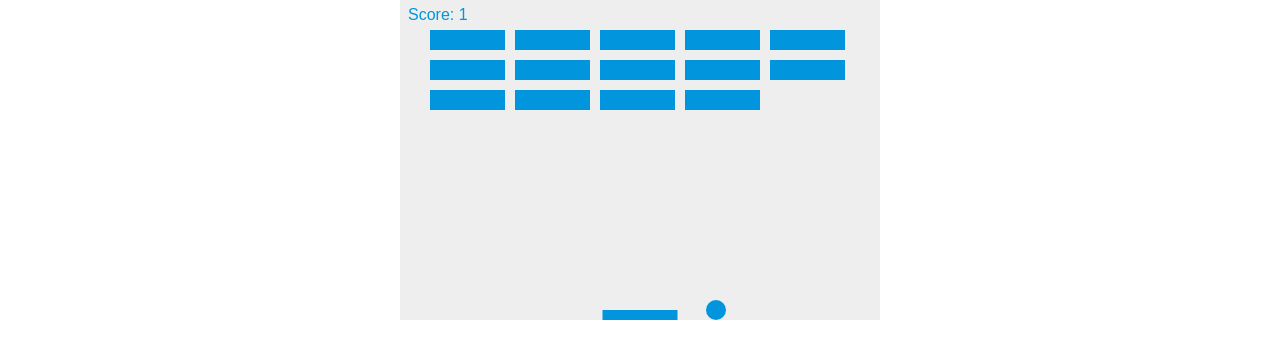
Repository: MartialBlot/CasseBrique-Full-JS
Page: index.html
The author's editor kept a copy of each file at every save. The page is drawn from the files as they stood at one save, then again after the next save.
The browser window is 1280 px wide. The pictures show the whole page.

Above is the page before, as saved 2019-03-26 17:45:37.

### index.html
    <!DOCTYPE html>
    <html lang="en">
    <head>
        <meta charset="utf-8" />
        <title>BREAKOUT</title>
        <style>
            * { padding: 0; margin: 0; }
            canvas { background: #eee; display: block; margin: 0 auto; }
        </style>
    </head>
    <body>

        <canvas id="myCanvas" width="480" height="320"></canvas>

        <script>
            let canvas = document.getElementById("myCanvas");
            let ctx = canvas.getContext("2d");
            let ballRadius = 10;
            let x = canvas.width/2;
            let y = canvas.height-30;
            let dx = 2;
            let dy = -2;
            let paddleHeight = 10;
            let paddleWidth = 75;
            let paddleX = (canvas.width-paddleWidth)/2;
            let rightPressed = false;
            let leftPressed = false;

            let brickRowCount = 3;
            let brickColumnCount = 5;
            let brickWidth = 75;
            let brickHeight = 20;
            let brickPadding = 10;
            let brickOffsetTop = 30;
            let brickOffsetLeft = 30;

            let score = 0;

            let lives = 3;

            let bricks = [];
            for(let c=0; c<brickColumnCount; c++) {
                bricks[c] = [];
                for(let r=0; r<brickRowCount; r++) {
                    bricks[c][r] = { x: 0, y: 0, status: 1 };
                }
            }

            function drawBricks() {
                for(let c=0; c<brickColumnCount; c++) {
                    for(let r=0; r<brickRowCount; r++) {
                        if(bricks[c][r].status == 1) {
                            let brickX = (c*(brickWidth+brickPadding))+brickOffsetLeft;
                            let brickY = (r*(brickHeight+brickPadding))+brickOffsetTop;
                            bricks[c][r].x = brickX;
                            bricks[c][r].y = brickY;
                            ctx.beginPath();
                            ctx.rect(brickX, brickY, brickWidth, brickHeight);
                            ctx.fillStyle = "#0095DD";
                            ctx.fill();
                            ctx.closePath();
                        }
                    }
                }
            }

            document.addEventListener("keydown", keyDownHandler, false);
            document.addEventListener("keyup", keyUpHandler, false);

            function keyDownHandler(e) {
                if(e.key == "Right" || e.key == "ArrowRight") {
                    rightPressed = true;
                }
                else if(e.key == "Left" || e.key == "ArrowLeft") {
                    leftPressed = true;
                }
            }

            function keyUpHandler(e) {
                if(e.key == "Right" || e.key == "ArrowRight") {
                    rightPressed = false;
                }
                else if(e.key == "Left" || e.key == "ArrowLeft") {
                    leftPressed = false;
                }
            }

            function collisionDetection() {
                for(let c=0; c<brickColumnCount; c++) {
                    for(let r=0; r<brickRowCount; r++) {
                        let b = bricks[c][r];
                        if(b.status == 1) {
                            if(x > b.x && x < b.x+brickWidth && y > b.y && y < b.y+brickHeight) {
                                dy = -dy;
                                b.status = 0;
                                score++;
                                if(score == brickRowCount*brickColumnCount) {
                                    alert("YOU WIN, CONGRATULATIONS!");
                                    document.location.reload();
                                    clearInterval(interval);
                                }
                            }
                        }
                    }
                }
            }
            function drawScore() {
                ctx.font = "16px Arial";
                ctx.fillStyle = "#0095DD";
                ctx.fillText("Score: "+score, 8, 20);
            }

            function drawLives() {
                ctx.font = "16px Arial";
                ctx.fillStyle = "#0095DD";
                ctx.fillText("Lives: "+lives, canvas.width-65, 20);
            }

            function drawBall() {
                ctx.beginPath();
                ctx.arc(x, y, ballRadius, 0, Math.PI*2);
                ctx.fillStyle = "#0095DD";
                ctx.fill();
                ctx.closePath();
            }

            function drawPaddle() {
                ctx.beginPath();
                ctx.rect(paddleX, canvas.height-paddleHeight, paddleWidth, paddleHeight);
                ctx.fillStyle = "#0095DD";
                ctx.fill();
                ctx.closePath();
            }

            function draw() {
                ctx.clearRect(0, 0, canvas.width, canvas.height);
                drawBall();
                drawBricks();
                drawPaddle();
                drawScore();
                collisionDetection();

                if(x + dx > canvas.width-ballRadius || x + dx < ballRadius) {
                    dx = -dx;
                }
                if(y + dy < ballRadius) {
                    dy = -dy;
                }
                else if(y + dy > canvas.height-ballRadius) {
                    if(x > paddleX && x < paddleX + paddleWidth) {
                        dy = -dy;
                    }
                    else {
                        alert("GAME OVER");
                        document.location.reload();
                        clearInterval(interval);
                    }
                }

                if(rightPressed && paddleX < canvas.width-paddleWidth) {
                    paddleX += 7;
                }
                else if(leftPressed && paddleX > 0) {
                    paddleX -= 7;
                }

                x += dx;
                y += dy;
            }

            let interval = setInterval(draw, 10);

            //balle
            // ctx.beginPath();
            // ctx.arc(50, 50, 10, 0, Math.PI*2);
            // ctx.fillStyle = "#0095DD";
            // ctx.fill();
            // ctx.closePath();
        </script>

    </body>
    </html>

After the next save:
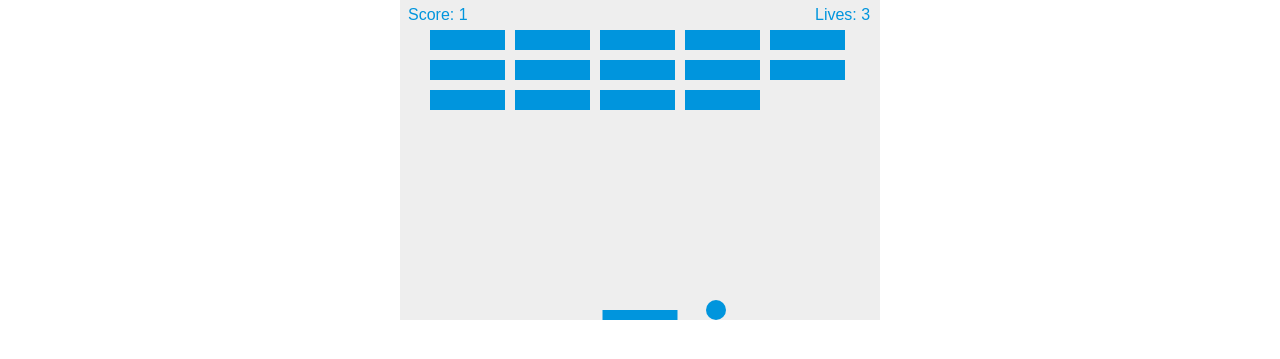
Saved 60 s later.
--- a/index.html
+++ b/index.html
@@ -138,6 +138,7 @@
                 drawBricks();
                 drawPaddle();
                 drawScore();
+                drawLives();
                 collisionDetection();
 
                 if(x + dx > canvas.width-ballRadius || x + dx < ballRadius) {
